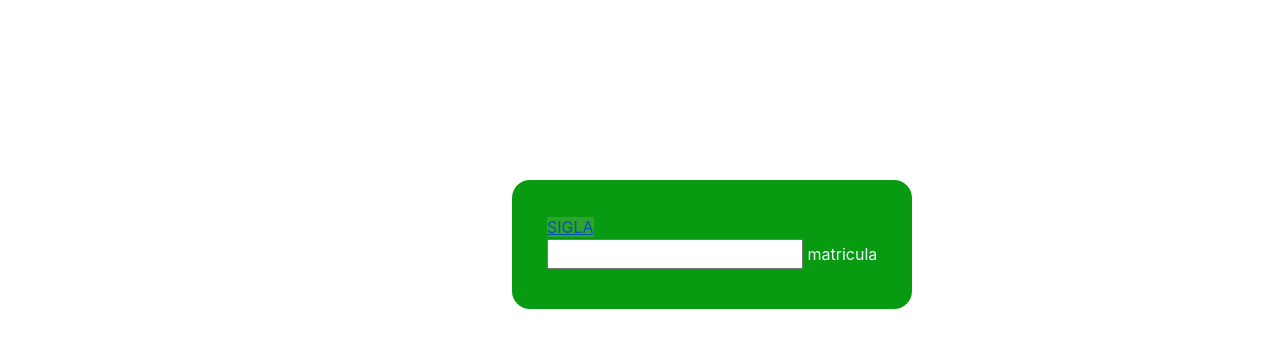
Repository: Melancia06/agenda
Page: index.html
An editor plug-in stored every save of this project. The page is shown before and after the next save, followed by the edit.
The browser window is 1280 px wide. The pictures show the whole page.
The pointer rests on the first visible `.marca-marca`.

Above is the page before, as saved 2024-08-08 09:27:07.

### index.html
<!DOCTYPE html>
<html lang="en">
<head>
    <meta charset="UTF-8">
    <meta name="viewport" content="width=device-width, initial-scale=1.0">
    <link rel="stylesheet" href="css/bootstrap.css">
    <link rel="stylesheet" href="css/fontawasome.css">
    <link rel="stylesheet" href="css/css.css">
    <title>começando a fazer esboço do sigla</title>
</head>
<body>
    <div class="marca" ><a class="marca-marca" href="#"> SIGLA</a>
        <br>
        <input type="text" name="matricula" id="matricula" class="input" required>
        <label for="matricula">matricula</label>
    </div>
</body>
</html>

### css/css.css
.marca{
    position: absolute;
   background-color:rgb(8, 155, 18);
   left: 40%;
   top: 25%;
    padding: 35px;
    border-radius: 18px;
    color: aliceblue;
}
.marca-marca:hover{
    background-color:rgb(46, 163, 46);
}

Loaded but not shown: css/bootstrap.css (library); css/fontawasome.css (4616 lines, source omitted)

After the next save:
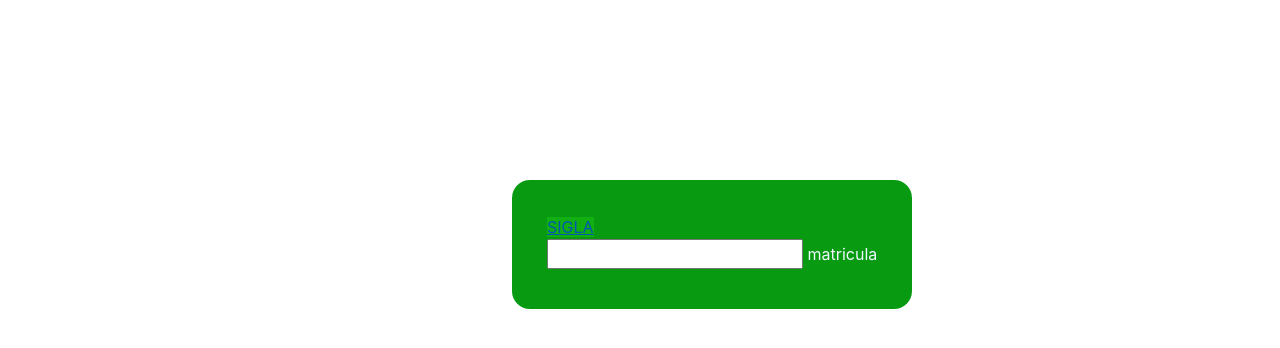
Saved 11 s later.
--- a/css/css.css
+++ b/css/css.css
@@ -8,5 +8,5 @@
     color: aliceblue;
 }
 .marca-marca:hover{
-    background-color:rgb(46, 163, 46);
+    background-color:rgb(18, 175, 18);
 }
